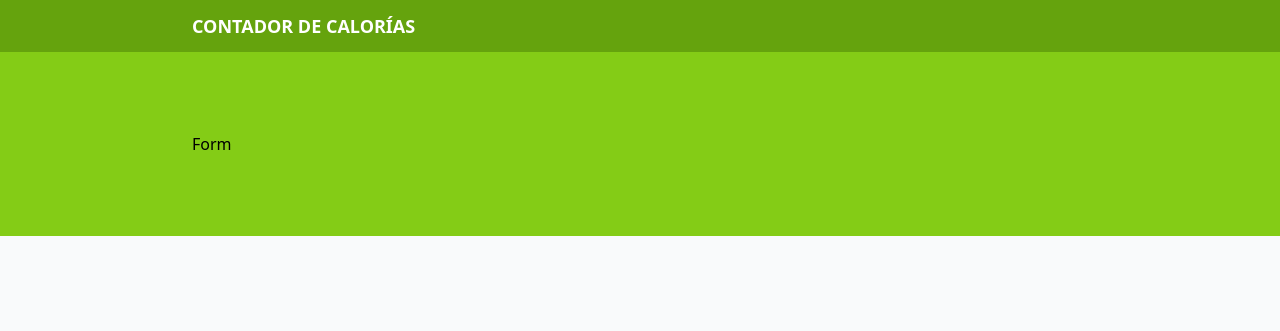
Repository: Samuel-Leal96/contador-calorias-react
Page: /
An editor plug-in stored every save of this project. The page is shown before and after the next save, followed by the edit.
The browser window is 1280 px wide. The pictures show the whole page.
The project was rebuilt for these pictures with package versions that can differ from the ones it lists, and the page was loaded fresh each time. Also part of the build but not shown: vite.config.ts.

Above is the page before, as saved 2025-10-22 17:05:35.

### index.html
<!doctype html>
<html lang="en">
  <head>
    <meta charset="UTF-8" />
    <link rel="icon" type="image/svg+xml" href="/vite.svg" />
    <meta name="viewport" content="width=device-width, initial-scale=1.0" />
    <title>Contador de calorias - React y typescript</title>
  </head>
  <body class="bg-gray-50">
    <div id="root"></div>
    <script type="module" src="/src/main.tsx"></script>
  </body>
</html>

### src/App.tsx
import Form from "./components/Form"


function App() {

  return (
    <>
      <header className="bg-lime-600 py-3">
        <div className="max-w-4xl mx-auto flex justify-between">
          <h1 className="text-center text-lg font-bold text-white uppercase">
            Contador de calorías
          </h1>
        </div>
      </header>


      <section className="bg-lime-500 py-20 px-5">
        <div className="max-w-4xl mx-auto">
          <Form/>
        </div>
      </section>
    </>
  )
}

export default App

### src/components/Form.tsx

export default function
() {
  return (
    <div>
        <h1>Form</h1>
    </div>
  )
}

Loaded but not shown: src/main.tsx (common file); src/index.css (common file); tailwind.config.js (common file)

After the next save:
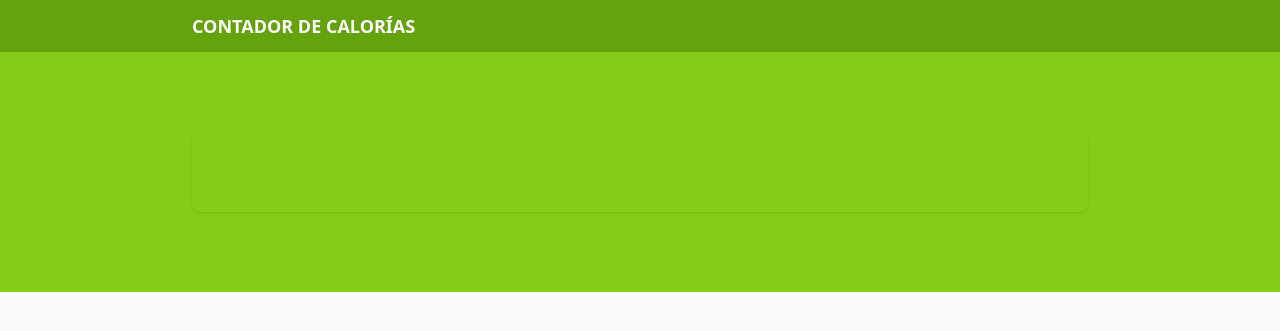
Saved 2 days later.
--- a/src/components/Form.tsx
+++ b/src/components/Form.tsx
@@ -3,7 +3,13 @@ export default function
 () {
   return (
     <div>
-        <h1>Form</h1>
+        <form
+          className="space-y-5 shadow p-10 rounded-lg"
+        >
+
+
+
+        </form>
     </div>
   )
 }
